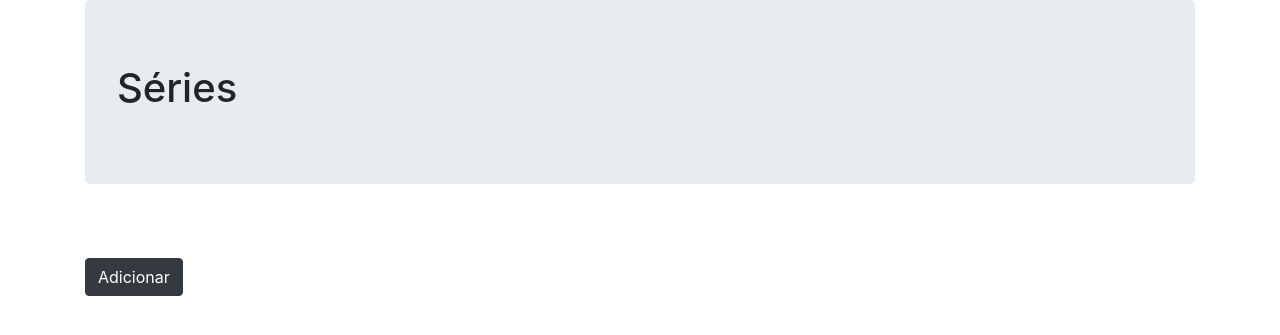
Repository: allan-api/controle-series-laravel
Page: http://localhost/series
These files come from the project's save history. The page is drawn as it stood at one moment and after the next save; the edit follows.
The browser window is 1280 px wide. The pictures show the whole page.
The page is served by the project's Laravel application, run on PHP 8.4 with Laravel 8. Queries for data that is not in the repository find no rows.

Above is the page before, as saved 2019-11-12 12:06:52.

After the next save:
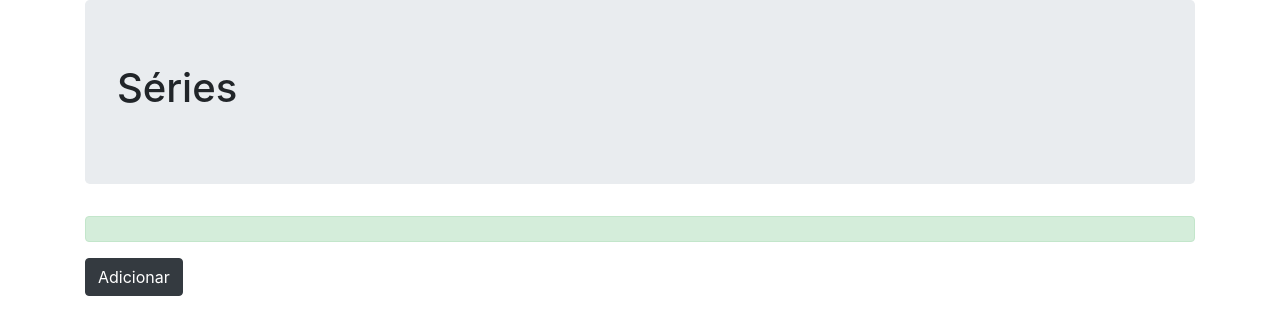
Saved 67 s later.
--- a/resources/views/series/index.blade.php
+++ b/resources/views/series/index.blade.php
@@ -5,7 +5,7 @@ Séries
 @endsection
 
 @section('conteudo')
-<div class="alert alert-sucess">
+<div class="alert alert-success">
     {{$mensagem}}
 </div>
 
